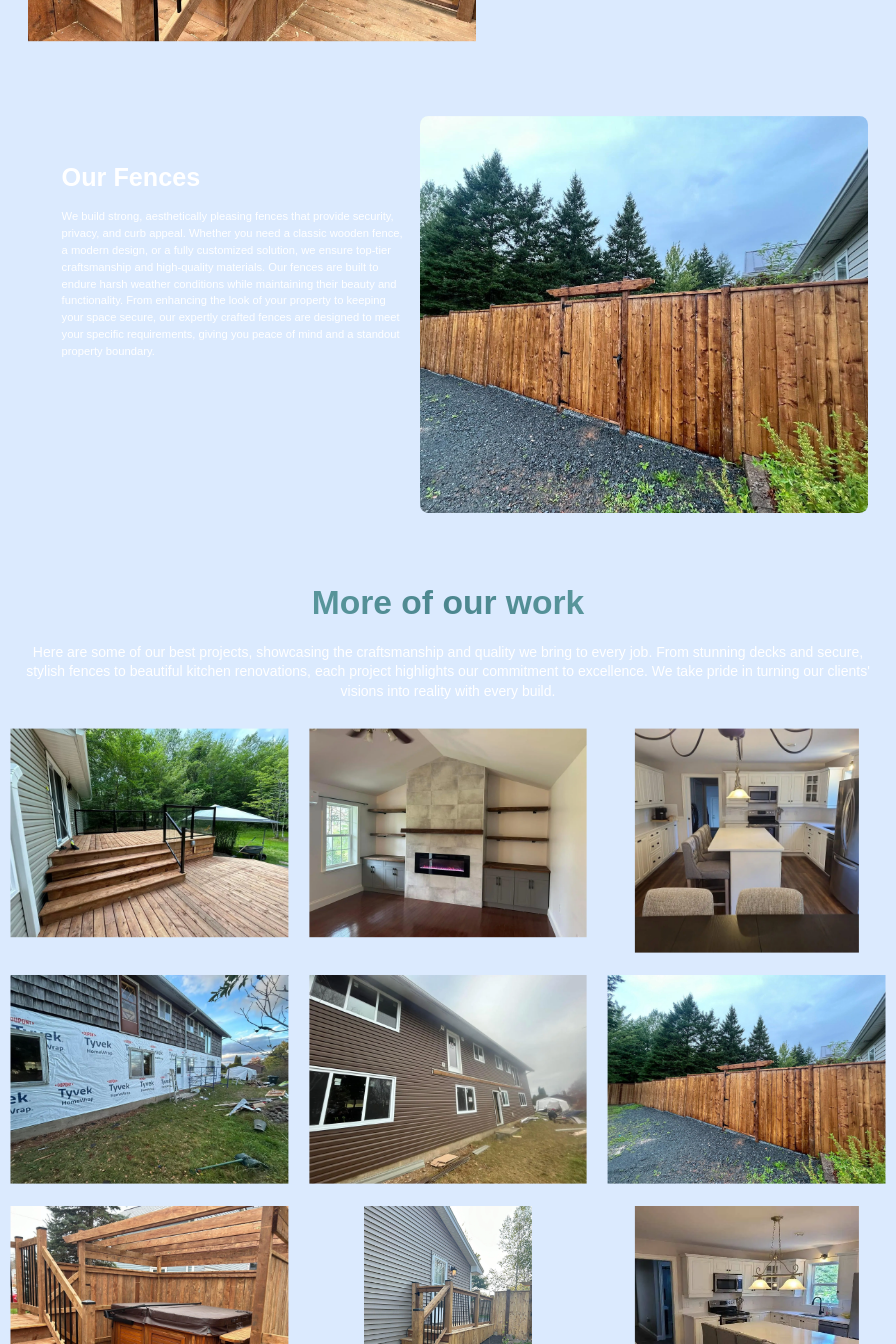
Repository: TMuse333/sagittarius
Page: / (app in frontend/)
An editor plug-in stored every save of this project. The page is shown before and after the next save, followed by the edit.
The browser window is 1280 px wide. The pictures show the part of the page from y = 2137 to 4057 px (the page is 7696 px tall), at 70% of full size.
The project was rebuilt for these pictures with package versions that can differ from the ones it lists, and the page was loaded fresh each time. The framework's server and built-in components were replaced by stand-ins that run in the browser. Also part of the build but not shown: frontend/next.config.ts.

Above is the page before, as saved 2025-03-16 15:41:48.

After the next save:
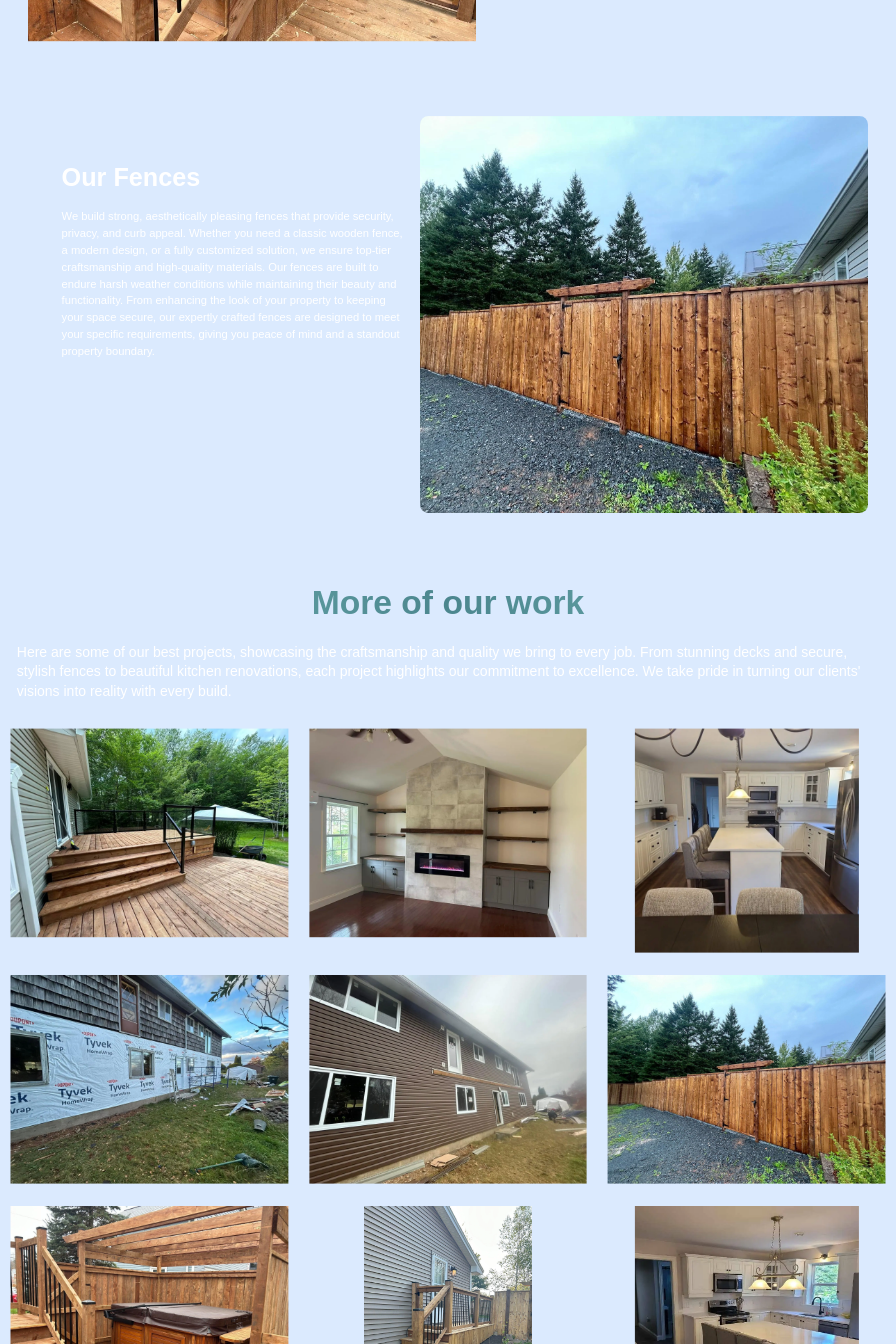
Saved 8 s later.
--- a/frontend/src/components/textAnimations/appearingGradient/appearingGradient.tsx
+++ b/frontend/src/components/textAnimations/appearingGradient/appearingGradient.tsx
@@ -136,7 +136,7 @@
 </motion.h2>
 
                 <h3 id={`${text}-subHeader`}
-                className={`text-center text-white mt-4 px-6
+                className={`text-left text-white mt-4 px-6
                 ${!description ? 'text-md sm:text-lg md:text-xl' : 'text-md sm:text-lg md:text-xl'}
                 opacity-0`}
 
